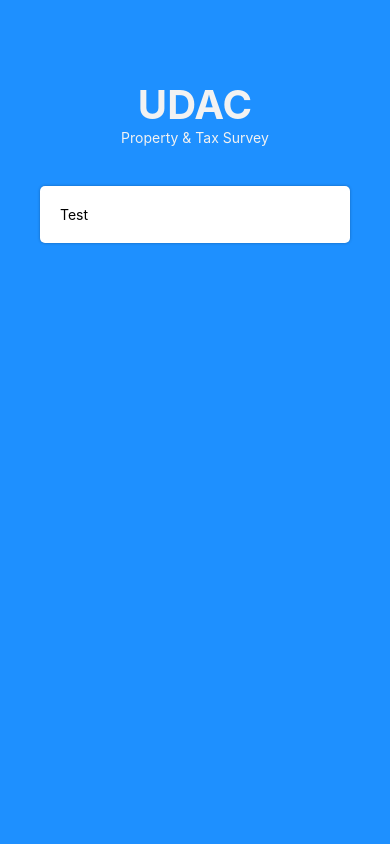
Repository: metalysm/BasicLoginPage
Screen: /
The author's editor kept a copy of each file at every save. The screen is drawn from the files as they stood at one save, then again after the next save.
The app was drawn by React Native's web renderer in a window 390 px wide. The project was rebuilt for these pictures with package versions that can differ from the ones it lists, and the page was loaded fresh each time.

Above is the screen before, as saved 2019-12-05 11:19:21.

After the next save:
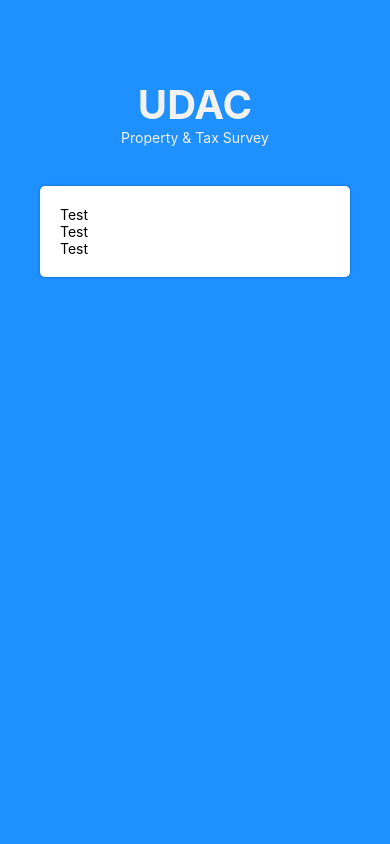
Saved 23 s later.
--- a/App.js
+++ b/App.js
@@ -18,6 +18,8 @@ export default class App extends Component {
         </View>
         <ScrollView>
           <View style={styles.loginArea}>
+            <Text>Test</Text>
+            <Text>Test</Text>
             <Text>Test</Text>
           </View>
         </ScrollView>
